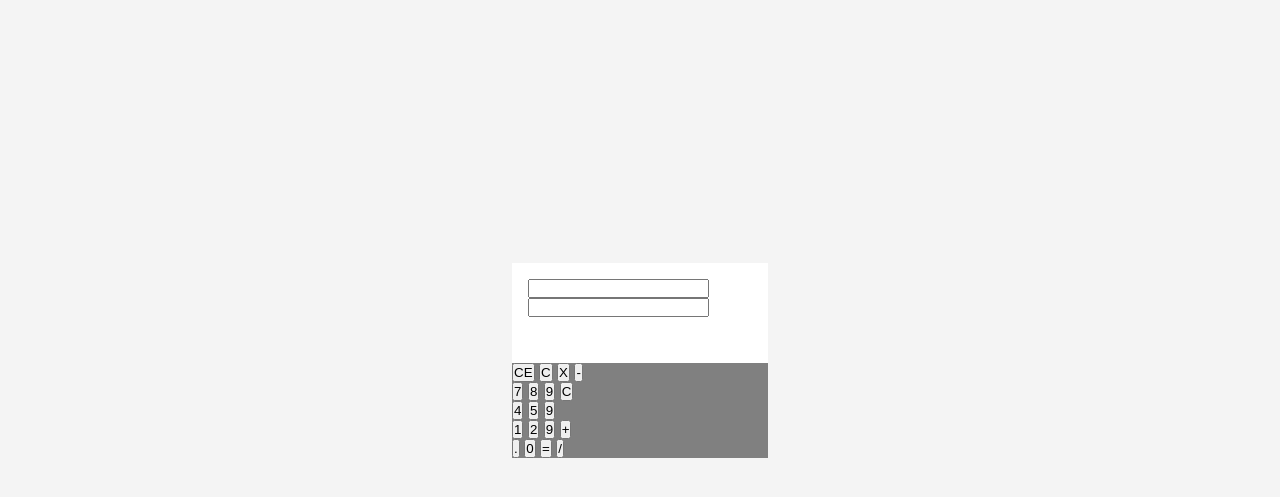
Repository: DNature/calc
Page: index.html
These files come from the project's save history. The page is drawn as it stood at one moment and after the next save; the edit follows.
The browser window is 1280 px wide. The pictures show the whole page.

Above is the page before, as saved 2019-11-20 23:25:18.

After the next save:
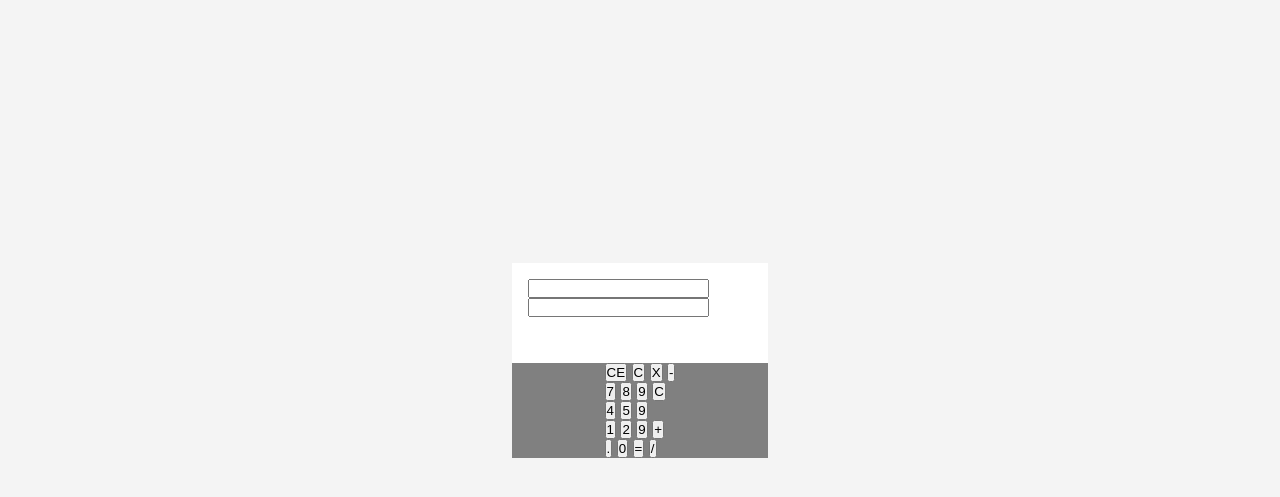
Saved 19 s later.
--- a/css/style.css
+++ b/css/style.css
@@ -30,4 +30,6 @@
 
 .inputs {
   background: grey;
+  display: grid;
+  place-content: center;
 }
